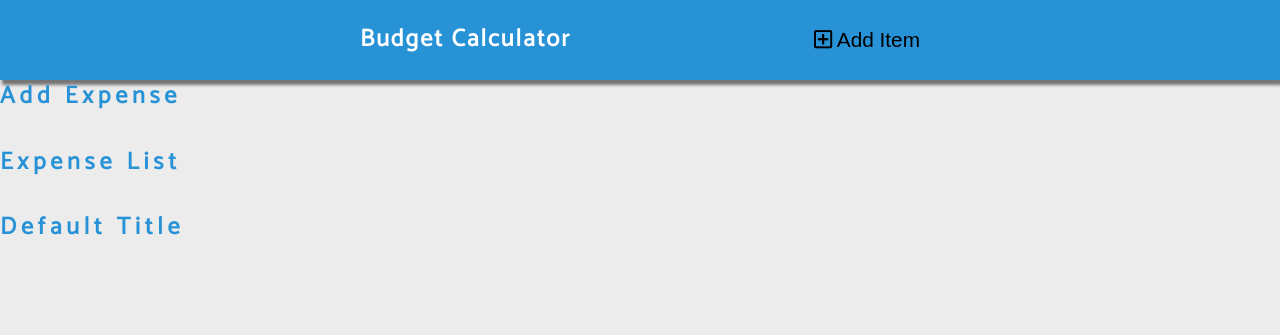
Repository: webdril/budget
Page: /
These files come from the project's save history. The page is drawn as it stood at one moment and after the next save; the edit follows.
The browser window is 1280 px wide. The pictures show the whole page.
The project was rebuilt for these pictures with package versions that can differ from the ones it lists, and the page was loaded fresh each time.

Above is the page before, as saved 2020-02-29 02:17:54.

### public/index.html
<!DOCTYPE html>
<html lang="en">
<head>
	<meta charset='utf-8'>
	<meta name='viewport' content='width=device-width,initial-scale=1'>

	<title>Budget Calculator</title>

	<link rel='icon' type='image/png' href='/favicon.png'>
	<link rel='stylesheet' href='/global.css'>
	<link rel='stylesheet' href='/build/bundle.css'>
	<!-- Font Awesome -->
	<link rel="stylesheet" href="fontawesome-free-5.11.2-web/css/all.min.css">

	<script defer src='/build/bundle.js'></script>
</head>

<body>
</body>
</html>

### src/App.svelte
<script>
import Navbar from './Navbar.svelte'
import Title from './Title.svelte'
</script>

<!-- <style></style> -->
<!-- CSS/STYLING -->

<Navbar />
<Title title="add expense"/>
<Title title="expense list"/>
<Title />

### src/Navbar.svelte
<nav class="nav">
	<div class="nav-center">
		<h1 class="nav-title">Budget Calculator</h1>
		<button type="button" class="nav-btn">
			<i class="far fa-plus-square" />
			Add Item
		</button>
	</div>
</nav>

### src/Title.svelte
<script>
export let title = "default title";

</script>


<div class="main-title">
 <h2>{title}</h2>
</div>

### public/global.css
/*
======
Fonts
======
*/
@import url("https://fonts.googleapis.com/css?family=Catamaran:300,400&display=swap");
/*
======
Variables
======
*/
:root {
  --primaryColor: #2892d7;
  --mainWhite: #fff;
  --offWhite: #f7f7f7;
  --mainBlack: #222;
  --mainGrey: #ececec;
  --darkGrey: #afafaf;
  --mainTransition: all 0.3s linear;
  --mainSpacing: 0.3rem;
  --lightShadow: 2px 5px 3px 0px rgba(0, 0, 0, 0.5);
  --darkShadow: 4px 10px 5px 0px rgba(0, 0, 0, 0.5);
  --mainBorderRadius: 0.25rem;
}
/*
======
Global Styles
======
*/
* {
  margin: 0;
  padding: 0;
  box-sizing: border-box;
}

body {
  font-family: "Catamaran", sans-serif;
  color: var(--mainBlack);
  background: var(--mainGrey);
  line-height: 1.4;
  font-size: 1rem;
  font-weight: 300;
}
h1,
h2,
h3,
h4,
h5,
h6 {
  font-family: "Catamaran", sans-serif;
  margin-bottom: 1.25rem;
  letter-spacing: var(--mainSpacing);
}
p {
  margin-bottom: 1.25rem;
}
ul {
  list-style-type: none;
}
a {
  text-decoration: none;
  color: var(--mainBlack);
}
/*
======
Buttons
======
*/
.btn,
.btn-white,
.btn-primary {
  text-transform: uppercase;
  letter-spacing: var(--mainSpacing);
  color: var(--primaryColor);
  border: 2px solid var(--primaryColor);
  padding: 0.45rem 0.8rem;
  display: inline-block;
  transition: var(--mainTransition);
  cursor: pointer;
  font-size: 0.8rem;
  border-radius: var(--mainBorderRadius);
  background: transparent;
}
.btn:hover {
  background: var(--primaryColor);
  color: var(--mainWhite);
}
.btn-white {
  background: transparent;
  color: var(--primaryColor);
  border-color: var(--primaryColor);
}
.btn-white:hover {
  background: var(--mainWhite);
  color: var(--primaryColor);
}
.btn-primary {
  background: var(--primaryColor);
  color: var(--mainWhite);
  border-color: var(--primaryColor);
}
.btn-primary:hover {
  background: transparent;
  color: var(--primaryColor);
}
.btn-block {
  width: 100%;
  display: block;
  margin: 0 auto;
  box-shadow: var(--lightShadow);
}
.disabled {
  color: var(--darkGrey);
  border-color: var(--darkGrey);
}
.disabled:hover {
  background: transparent;
  color: var(--darkGrey);
  border-color: var(--darkGrey);
}
/*
======
Navbar
======
*/
.nav {
  background: var(--primaryColor);
  height: 5rem;
  display: flex;
  align-items: center;
  box-shadow: var(--lightShadow);
}

.nav-center {
  width: 85%;
  max-width: 35rem;
  margin: 0 auto;
  display: flex;
  justify-content: space-between;
}
.nav-title {
  text-transform: capitalize;
  color: var(--mainWhite);
  margin-bottom: 0;
  letter-spacing: 2px;
}
.nav-btn {
  background: transparent;
  font-size: 1.3rem;
  border: none;
  cursor: pointer;
  text-transform: capitalize;
  transition: var(--mainTransition);
}
.nav-btn:hover {
  color: var(--darkGrey);
}
/*
======
Content
======
*/
.content {
  padding: 3rem 0;
  width: 85vw;
  max-width: 35rem;
  margin: 0 auto;
}

/*
======
Main Title
======
*/
.main-title {
  text-transform: capitalize;
  color: var(--primaryColor);
  margin-bottom: 2rem;
}
/*
======
Single Expense
======
*/
.single-expense {
  display: flex;
  justify-content: space-between;
  text-transform: capitalize;
  align-items: center;
  margin-bottom: 2rem;
  padding: 1.3rem 1rem;
  border-radius: var(--mainBorderRadius);
  background: var(--mainWhite);
  box-shadow: var(--lightShadow);
}
.single-expense h2 {
  margin-bottom: 0;
  font-weight: 300;
}
.single-expense h4 {
  margin-bottom: 0;
  margin-top: 1rem;
  font-weight: 300;
  color: var(--primaryColor);
}

.expense-btn {
  font-size: 1rem;
  background: transparent;
  border: none;
  margin: 0 0.4rem;
  transition: var(--mainTransition);
  cursor: pointer;
}
.expense-btn:hover {
  transform: scale(1.2);
}
.amount-btn {
  font-size: 1.3rem;
  background: transparent;
  border: none;
  cursor: pointer;
  color: var(--primaryColor);
}
.delete-btn {
  color: red;
}
.edit-btn {
  color: green;
}
/*
======
Expense Form
======
*/

.expense-form {
  background: var(--mainWhite);
  padding: 1.25rem 1rem;
  text-transform: capitalize;
  border-radius: var(--mainBorderRadius);
  box-shadow: var(--lightShadow);
}

.form-control label {
  display: block;
}
.form-control input {
  width: 100%;
  border: none;
  border-bottom: 2px solid var(--darkGrey);
  margin-bottom: 1.25rem;
  padding: 0.5rem;
  font-size: 1.2rem;
}
.form-empty {
  text-align: center;
  color: red;
}
.form {
  position: relative;
  margin-bottom: 5rem;
}
.close-btn {
  position: absolute;
  top: 0;
  right: 0;
  font-size: 1.2rem;
  text-transform: capitalize;
  display: flex;
  align-items: center;
  width: 4.2rem;
  justify-content: space-between;
  background: transparent;
  border: none;
  color: red;
  cursor: pointer;
}
/*
======
Modal
======
*/
.modal-container {
  position: fixed;
  top: 0;
  left: 0;
  right: 0;
  bottom: 0;
  background: rgba(0, 0, 0, 0.7);
  z-index: 2;
}
.modal-content {
  background: var(--mainWhite);
  width: 85vw;
  max-width: 35rem;
  margin: 0 auto;
  margin-top: 5rem;
  padding: 3rem;
  border-radius: var(--mainBorderRadius);
  position: relative;
}
.modal-content .expense-form {
  box-shadow: none;
}
.modal-container .form {
  margin-bottom: 0;
}
.modal-container .expense-form {
  padding: 1.25rem 0;
}
.modal-container .form {
  position: static;
}
.modal-container .close-btn {
  top: 2%;
  right: 3%;
}
/*
======
Github Users
======
*/

.user {
  margin: 2rem 0;
  box-shadow: var(--lightShadow);
  display: grid;
  grid-template-columns: auto 1fr;
  border-radius: var(--mainBorderRadius);
  grid-column-gap: 2rem;
  background: var(--mainWhite);
}
.user img {
  width: 6rem;
  border-top-left-radius: var(--mainBorderRadius);
  border-bottom-left-radius: var(--mainBorderRadius);
}
.user-info {
  padding-top: 0.75rem;
}
.user-info h3 {
  margin-bottom: 0.75rem;
}

### src/Example.svelte
<span>
Hello From Nigeria
</span>

Loaded but not shown: src/main.js (common file); public/fontawesome-free-5.11.2-web/css/all.min.css (library)

After the next save:
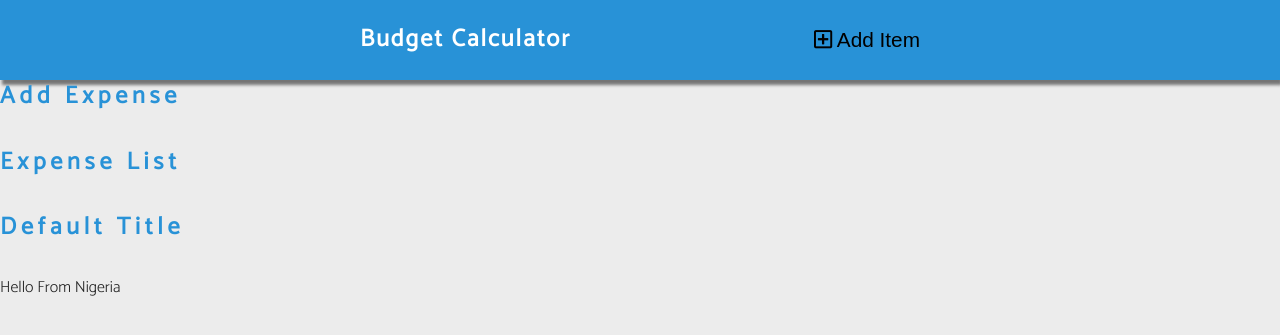
Saved 29 s later.
--- a/src/App.svelte
+++ b/src/App.svelte
@@ -1,6 +1,7 @@
 <script>
 import Navbar from './Navbar.svelte'
 import Title from './Title.svelte'
+import Example from './Example.svelte'
 </script>
 
 <!-- <style></style> -->
@@ -10,3 +11,4 @@ import Title from './Title.svelte'
 <Title title="add expense"/>
 <Title title="expense list"/>
 <Title />
+<Example />
